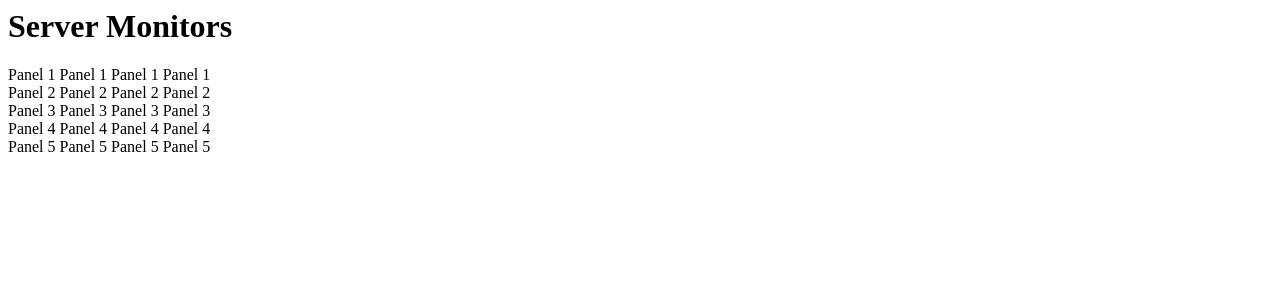
Repository: miguelamello/apm
Page: dashboard/components/login/login.html
The author's editor kept a copy of each file at every save. The page is drawn from the files as they stood at one save, then again after a run of saves.
The browser window is 1280 px wide. The pictures show the whole page.

Above is the page before, as saved 2023-04-20 12:13:58.

### dashboard/components/login/login.html

<div id="login" class="content u-flex u-flex-column mt-10 bg-primary">
  <h1>Server Monitors</h1>
  <div class="bg-warning h-16">
    Panel 1
    Panel 1
    Panel 1
    Panel 1
  </div>
  <div class="bg-warning h-16 mt-2">
    Panel 2
    Panel 2
    Panel 2
    Panel 2
  </div>
  <div class="bg-warning h-16 mt-2">
    Panel 3
    Panel 3
    Panel 3
    Panel 3
  </div>
  <div class="bg-warning h-16 mt-2">
    Panel 4
    Panel 4
    Panel 4
    Panel 4
  </div>
  <div class="bg-warning h-16 mt-2">
    Panel 5
    Panel 5
    Panel 5
    Panel 5
  </div>
</div>

After the next 2 saves:
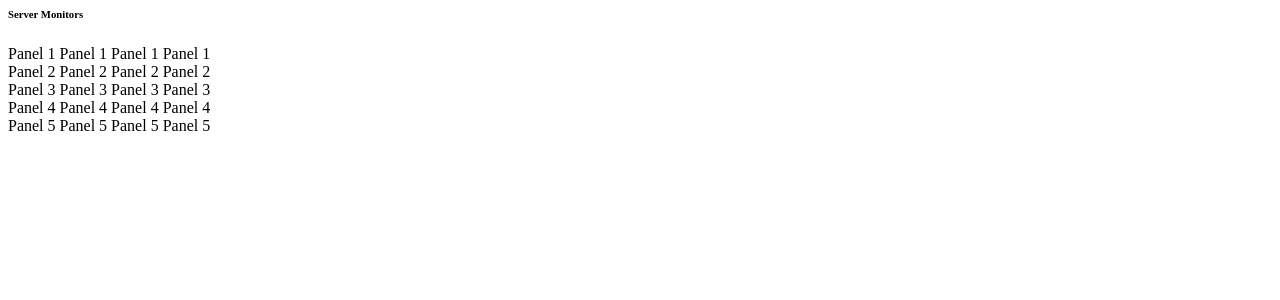
The 2 saves are shown as one change because they came seconds apart.
The last was saved 51 s later.
--- a/dashboard/components/login/login.html
+++ b/dashboard/components/login/login.html
@@ -1,6 +1,6 @@
 
 <div id="login" class="content u-flex u-flex-column mt-10 bg-primary">
-  <h1>Server Monitors</h1>
+  <h6>Server Monitors</h6>
   <div class="bg-warning h-16">
     Panel 1
     Panel 1
